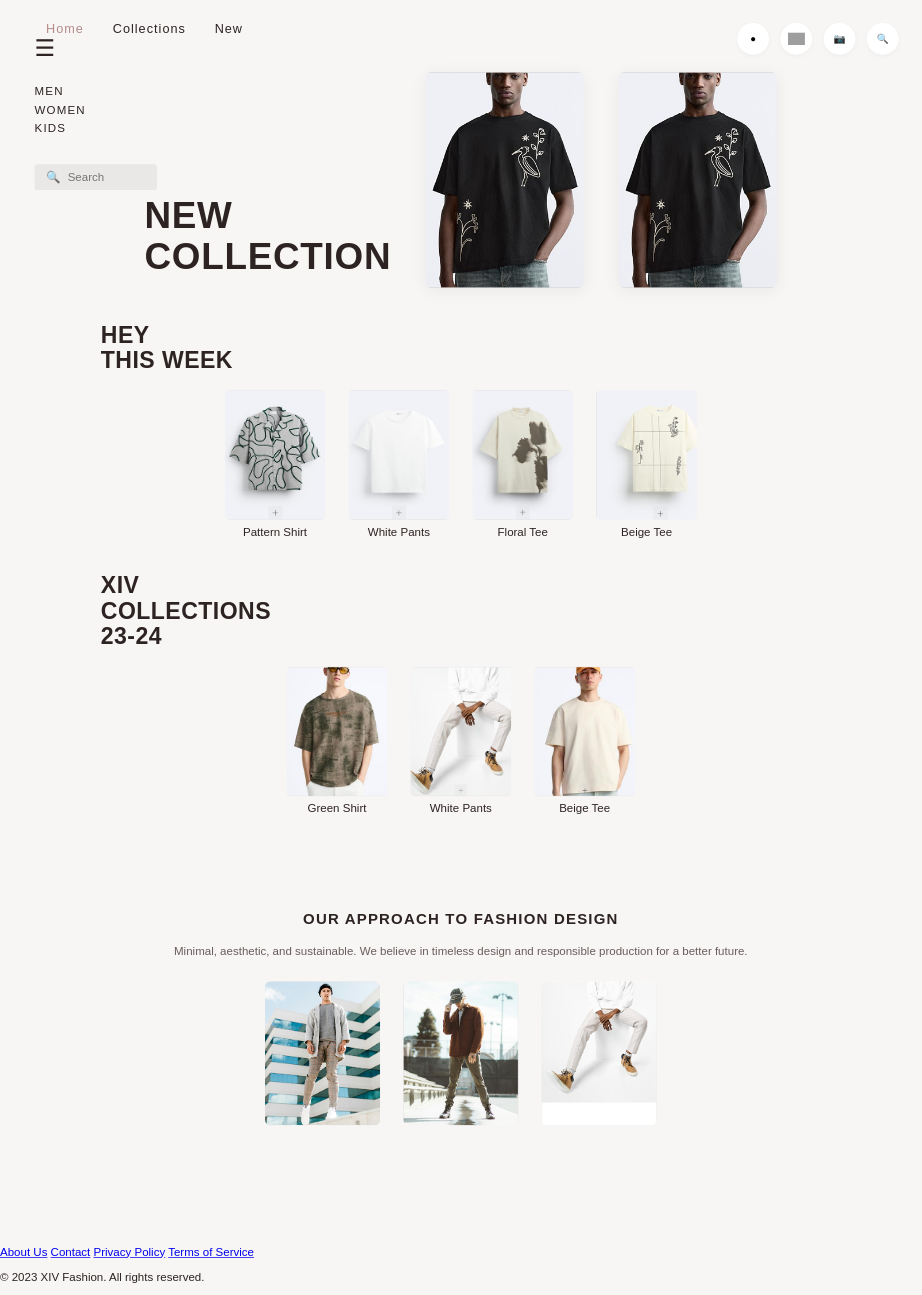
Repository: Diegoms0595/retail-dashboard-app
Page: index.html
An editor plug-in stored every save of this project. The page is shown before and after the next save, followed by the edit.
The browser window is 1280 px wide. The pictures show the whole page, at 72% of full size.
Pictures or frames that could not be fetched are drawn as grey boxes.

Above is the page before, as saved 2025-06-18 20:05:06.

### index.html
<!DOCTYPE html>
<html lang="en">
<head>
  <meta charset="UTF-8" />
  <meta name="viewport" content="width=device-width, initial-scale=1.0"/>
  <title>Akane, Diego</title>
  <link rel="stylesheet" href="style.css" />
</head>
<body>
  <header class="site-header">
    <nav>
      <a href="index.html" class="active">Home</a>
      <a href="products.html">Collections</a>
      <a href="products.html">New</a>
    </nav>
   <div class="top-icons">
  <button class="icon-btn">&#9679;</button>
  <button class="icon-btn"><img src="./Assets/shopping-cart.png" alt="Cart"></button>
  <button class="icon-btn">&#128247;</button>
  <button class="icon-btn">&#128269;</button>
</div>
  </header>

  <aside class="sidebar">
    <div class="menu-icon">&#9776;</div>
    <div class="sidebar-menu">
      <span>MEN</span>
      <span>WOMEN</span>
      <span>KIDS</span>
    </div>
    <div class="search-bar">
      <span>&#128269;</span>
      <input type="text" placeholder="Search" />
    </div>
  </aside>

  <main class="home-main">
    <section class="hero-section">
      <h1 class="hero-title">NEW<br>COLLECTION</h1>
      <div class="hero-products">
        <img src="./Assets/Head1.png" alt="Product 1" />
        <img src="./Assets/Head1.png" alt="Product 2" />
      </div>
    </section>

    <section class="week-section">
      <h2 class="section-title">HEY<br>THIS WEEK</h2>
      <div class="week-products">
        <div class="week-product">
          <img src="Assets/ThisWeek1.png" alt="Product 1" />
          <p>Pattern Shirt</p>
        </div>
        <div class="week-product">
          <img src="./Assets/ThisWeek2.png" alt="Product 2" />
          <p>White Pants</p>
        </div>
        <div class="week-product">
          <img src="./Assets/ThisWeek3.png" alt="Product 3" />
          <p>Floral Tee</p>
        </div>
        <div class="week-product">
          <img src="./Assets/ThisWeek4.png" alt="Product 4" />
          <p>Beige Tee</p>
        </div>
      </div>
    </section>

    <section class="collection-section">
      <h2 class="section-title">XIV<br>COLLECTIONS<br>23-24</h2>
      <div class="collection-products">
        <div class="collection-product">
          <img src="./Assets/Collection1.png" alt="Product 7" />
          <p>Green Shirt</p>
        </div>
        <div class="collection-product">
          <img src="./Assets/Collecton2.png" alt="Product 1" />
          <p>White Pants</p>
        </div>
        <div class="collection-product">
          <img src="./Assets/Collection3.png" alt="Product 8" />
          <p>Beige Tee</p>
        </div>
      </div>
    </section>

    <section class="approach-section">
      <h3>OUR APPROACH TO FASHION DESIGN</h3>
      <p>Minimal, aesthetic, and sustainable. We believe in timeless design and responsible production for a better future.</p>
      <div class="approach-gallery">
        <img src="./Assets/Approche1.png" alt="Lookbook 1" />
        <img src="./Assets/Approach2.png" alt="Lookbook 2" />
        <img src="./Assets/Approach3.png" alt="Lookbook 3" />
      </div>
    </section>
  </main>
    <footer class="site-footer">
        <div class="footer-links">
        <a href="#">About Us</a>
        <a href="#">Contact</a>
        <a href="#">Privacy Policy</a>
        <a href="#">Terms of Service</a>
        </div>
        <p>&copy; 2023 XIV Fashion. All rights reserved.</p>
</body>
</html>

### style.css
html, body {
  margin: 0;
  padding: 0;
  font-family: 'Montserrat', Arial, sans-serif;
  background: #f7f6f4;
  color: #2d2323;
  min-height: 100vh;
  width: 100vw;
  box-sizing: border-box;
}

body {
  min-height: 100vh;
  width: 100vw;
  display: flex;
  flex-direction: column;
}

.site-header {
  width: 100vw;
  max-width: 100vw;
  position: fixed;
  top: 0;
  left: 0;
  height: 80px;
  display: flex;
  align-items: center;
  justify-content: space-between;
  padding: 0 64px;
  background: none;
  z-index: 10;
  box-sizing: border-box;
}

nav {
  display: flex;
  gap: 40px;
}

nav a {
  text-decoration: none;
  color: #2d2323;
  font-size: 1.1rem;
  letter-spacing: 0.08em;
  padding: 8px 0;
  transition: color 0.2s;
}

nav a.active,
nav a:hover {
  color: #b48b8b;
}
.top-icons {
  display: flex;
  gap: 16px;
  align-items: center;
  position: absolute;
  top: 32px;
  right: 32px;
  z-index: 100;
}

.icon-btn {
  width: 44px;
  height: 44px;
  display: flex;
  align-items: center;
  justify-content: center;
  border-radius: 50%;
  background: #fff;
  border: none;
  box-shadow: 0 2px 8px rgba(0,0,0,0.04);
  cursor: pointer;
  padding: 0;
  overflow: hidden;
}

.icon-btn img {
  width: 24px;
  height: 24px;
  object-fit: contain;
  display: block;
}

.sidebar {
  position: fixed;
  left: 0;
  top: 0;
  width: 220px;
  height: 100vh;
  background: none;
  display: flex;
  flex-direction: column;
  padding: 48px 0 0 48px;
  box-sizing: border-box;
  z-index: 20;
}

.menu-icon {
  font-size: 2rem;
  margin-bottom: 32px;
  cursor: pointer;
}

.sidebar-menu {
  margin-bottom: 32px;
}

.sidebar-menu span {
  display: block;
  margin-bottom: 8px;
  font-size: 1rem;
  letter-spacing: 0.1em;
}

.search-bar {
  display: flex;
  align-items: center;
  background: rgba(80, 80, 80, 0.08);
  border-radius: 4px;
  padding: 8px 16px;
  width: 80%;
}

.search-bar input {
  border: none;
  background: none;
  margin-left: 8px;
  font-size: 1rem;
  width: 100%;
  outline: none;
}

.home-main {
  flex: 1;
  display: flex;
  flex-direction: column;
  align-items: center;
  justify-content: flex-start;
  margin-top: 100px;
  margin-left: 0;
  width: 100vw;
  max-width: 1200px;
  box-sizing: border-box;
  margin-right: auto;
  margin-left: auto;
  padding-bottom: 120px;
}

.hero-section,
.week-section,
.collection-section,
.approach-section {
  width: 100%;
  max-width: 1000px;
  margin: 0 auto 48px auto;
  display: flex;
  flex-direction: column;
  align-items: center;
}

.hero-section {
  flex-direction: row;
  align-items: flex-end;
  justify-content: center;
  gap: 48px;
}

.hero-title {
  font-size: 3.2rem;
  font-weight: 800;
  margin: 0 0 16px 0;
  line-height: 1.1;
  letter-spacing: 0.02em;
  text-align: left;
}

.hero-products {
  display: flex;
  gap: 48px;
}

.hero-products img {
  width: 220px;
  height: 300px;
  object-fit: cover;
  border-radius: 8px;
  box-shadow: 0 4px 24px rgba(0,0,0,0.06);
  background: #fff;
}

.section-title {
  font-size: 2rem;
  font-weight: 800;
  margin: 0 0 24px 0;
  line-height: 1.1;
  letter-spacing: 0.02em;
  text-align: left;
  width: 100%;
}

.week-products, .collection-products {
  display: flex;
  gap: 32px;
  justify-content: center;
  width: 100%;
}

.week-product, .collection-product {
  display: flex;
  flex-direction: column;
  align-items: center;
}

.week-product img, .collection-product img {
  width: 140px;
  height: 180px;
  object-fit: cover;
  border-radius: 6px;
  margin-bottom: 8px;
  background: #fff;
}

.week-product p, .collection-product p {
  font-size: 1rem;
  margin: 0;
  color: #2d2323;
}

.approach-section {
  margin: 64px 0 0 0;
  text-align: center;
}

.approach-section h3 {
  font-size: 1.3rem;
  font-weight: 700;
  margin-bottom: 8px;
  letter-spacing: 0.08em;
}

.approach-section p {
  font-size: 1rem;
  color: #6a5c5c;
  margin-bottom: 32px;
}

.approach-gallery {
  display: flex;
  justify-content: center;
  gap: 32px;
  margin-bottom: 48px;
}

.approach-gallery img {
  width: 160px;
  height: 200px;
  object-fit: cover;
  border-radius: 8px;
  background: #fff;
}

.footer {
  width: 100vw;
  display: flex;
  align-items: center;
  justify-content: space-between;
  padding: 32px 64px;
  background: none;
  box-sizing: border-box;
  position: fixed;
  bottom: 0;
  left: 0;
  z-index: 30;
}

.footer-left {
  display: flex;
  align-items: center;
  gap: 16px;
  font-size: 1.3rem;
  font-weight: 700;
  letter-spacing: 0.1em;
}

.qr {
  width: 64px;
  height: 64px;
}

/* Responsive */
@media (max-width: 1200px) {
  .home-main {
    max-width: 100vw;
    padding-left: 16px;
    padding-right: 16px;
  }
  .sidebar {
    display: none;
  }
  .site-header {
    left: 0;
    width: 100vw;
    padding-left: 16px;
    padding-right: 16px;
  }
  .footer {
    left: 0;
    width: 100vw;
    padding-left: 16px;
    padding-right: 16px;
  }
}

@media (max-width: 900px) {
  .hero-products img, .week-product img, .collection-product img, .approach-gallery img {
    width: 100px;
    height: 120px;
  }
  .footer {
    flex-direction: column;
    gap: 16px;
    padding: 16px;
  }
  .hero-section {
    flex-direction: column;
    align-items: center;
    gap: 24px;
  }
  .section-title {
    font-size: 1.3rem;
  }
}

After the next save:
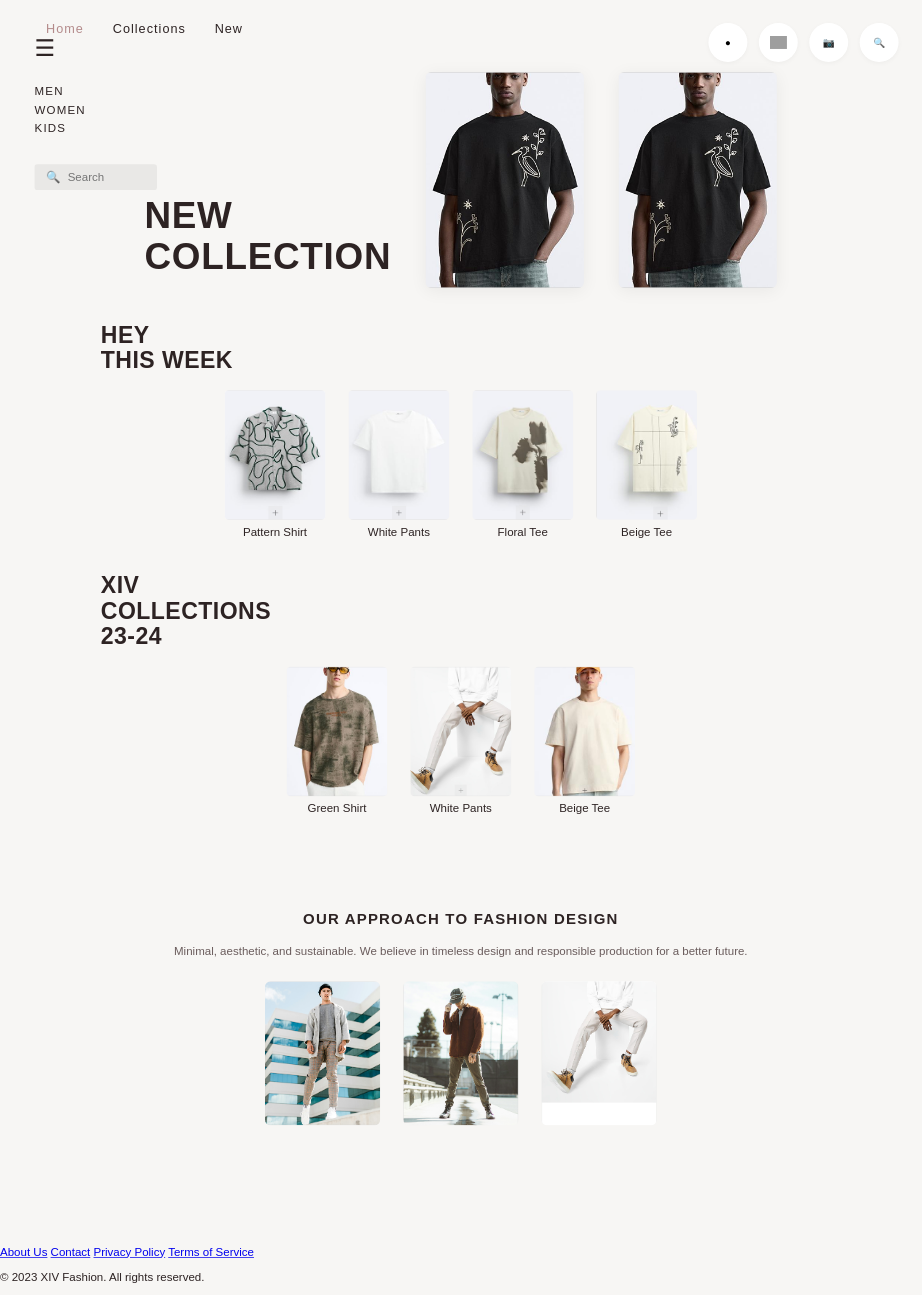
Saved 53 s later.
--- a/style.css
+++ b/style.css
@@ -61,8 +61,8 @@ nav a:hover {
 }
 
 .icon-btn {
-  width: 44px;
-  height: 44px;
+  width: 54px;
+  height: 54px;
   display: flex;
   align-items: center;
   justify-content: center;
